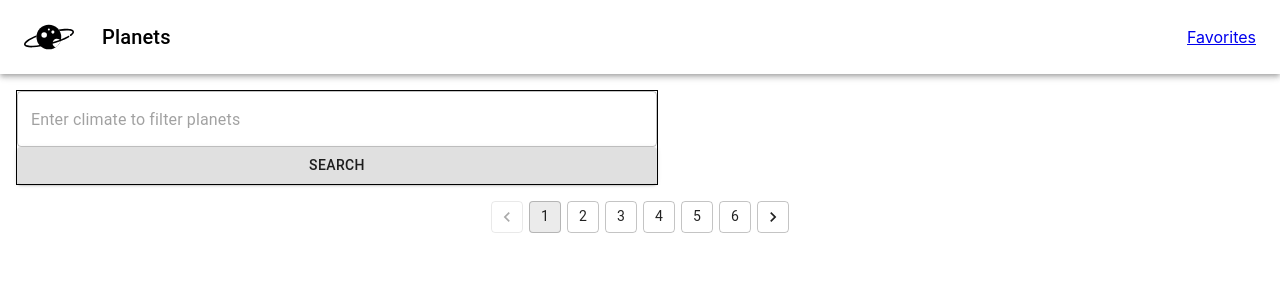
Repository: samridhie01/assignment
Page: /
The author's editor kept a copy of each file at every save. The page is drawn from the files as they stood at one save, then again after the next save.
The browser window is 1280 px wide. The pictures show the whole page.
The page's requests for data from a server got no answer. The project was rebuilt for these pictures with package versions that can differ from the ones it lists, and the page was loaded fresh each time. A package was used in the major version that the imports need, not the one package.json lists. No one was signed in, and anything a server would have sent is missing. Also part of the build but not shown: src/components/planets/PlanetTile.tsx, src/components/planets/Planets.tsx, src/components/details/SpecificPlanetRetrievalService.ts, src/components/details/Details.tsx, src/components/favorites/Favorites.tsx.

Above is the page before, as saved 2020-08-21 18:52:21.

### src/index.tsx
import React from 'react';
import ReactDOM from 'react-dom';
import './index.css';
import App from './components/app/App';
import * as serviceWorker from './serviceWorker';
import { BrowserRouter } from 'react-router-dom';
import { Provider } from 'react-redux';
import rootReducer from './reducers';
import { createStore } from 'redux';
import store from "../src/store/index"
import { addPlanetData } from './actions';



ReactDOM.render(
  <React.StrictMode>

    <BrowserRouter>
    <Provider store={store}>
    <App />
    </Provider>
    </BrowserRouter>

  </React.StrictMode>,
  document.getElementById('root')
);

// If you want your app to work offline and load faster, you can change
// unregister() to register() below. Note this comes with some pitfalls.
// Learn more about service workers: https://bit.ly/CRA-PWA
serviceWorker.unregister();

### src/components/app/App.tsx
import React, { useEffect, useState } from "react";
import { Route, Switch } from "react-router-dom";
import HomePage from "../homePage/HomePage";
import Details from "../details/Details";
import Favorites from "../favorites/Favorites";
import { PlanetData } from "../module/types";

const App = () => {
  const [favs, setFavs] = useState<PlanetData[]>([]);

  const addToFavs = (data: any) => {
    if(favs.includes(data)){
      return;
    }
      let newArr = [...favs, data];
      setFavs(newArr);
  };

  return (
    <main>
      <Switch>
        <Route
          exact
          path="/"
          render={() => <HomePage handleAddToFavs={addToFavs} />}
        />
        <Route path="/details" component={Details} />
        <Route path="/favs" render={() => <Favorites listOfFavs={favs} />} />
      </Switch>
    </main>
  );
};
export default App;

### src/store/index.ts
import {createStore} from 'redux';
import rootReducer from '../reducers/index';

const store = createStore(rootReducer);

export default store;

### src/components/homePage/HomePage.tsx
import React, { useEffect, useState, ChangeEvent } from "react";
import { useStyles } from "./HomePageStyle";
import Header from "../header/Header";
import Planets from "../planets/Planets";
import SearchBox from "../searchBox/SearchBox";
import { getPlanetData, getPlanetDataPage } from "./PlanetRetrievalService";
import Pagination from "@material-ui/lab/Pagination";
import { PlanetData } from "../module/types";

interface PlanetOverview {
  handleAddToFavs: (element: any) => void;
}

const HomePage: React.FC<PlanetOverview> = ({ handleAddToFavs }) => {
  const [planetData, setPlanetData] = useState<PlanetData[]>([]);

  const handleNewPage = (page: number) => {
    getPlanetDataPage(page).then(res => {
      setPlanetData(res.data.results);
    });
  };

  const fetchData = () => {
    getPlanetData().then(res => {
      setPlanetData(res.data.results);
      localStorage.setItem("planetData", res.data.results);
    });
  };

  useEffect(() => {
    fetchData();
  }, []);

  const handlePageChange = (event: ChangeEvent<unknown>, value: number) => {
    handleNewPage(value);
  };

  const updatePlanetSearchResult = (key: string | null) => {

    if (key == "") {
      fetchData();
      return;
    }
    const newData = planetData.filter(data => {
      if (
        key == null ||
        data.climate.toLowerCase().includes(key.toLowerCase())
      ) {
        return data;
      }
    });
    setPlanetData(newData);
  };

  const classes = useStyles();
  if (localStorage.getItem("planetData") != null) {
  }

  return (
    <>
      <Header path="/favs" linkName={"Favorites"} />
      <div >
        <div>
        <SearchBox  handleSearch={updatePlanetSearchResult} />
        </div>
        <div >
          {planetData &&
            planetData.map((element: PlanetData, index: number) => {
              return (
                <Planets
                  data={element}
                  onSaveClick={() => {
                    handleAddToFavs(element);
                  }}

                />
              );
            })}
        </div>
      </div>

      <Pagination
        count={6}
        defaultPage={1}
        variant="outlined"
        shape="rounded"
        className={classes.indexing}
        onChange={handlePageChange}
      />
    </>
  );
};
export default HomePage;

### src/reducers/index.ts
import { ADD_PLANETDATA } from '../constants/action-types';
import { PlanetActionTypes, Planet, PlanetState } from '../store/types';

const initialState: PlanetState = {
    planetData: []
};

function rootReducer(state=initialState, action:PlanetActionTypes):PlanetState{
    if(action.type == ADD_PLANETDATA){
        return{
            planetData: [...state.planetData, action.payload]
        }
    }
    return state;
}

export default rootReducer;

### src/components/homePage/HomePageStyle.ts
import { makeStyles, createStyles, Theme } from "@material-ui/core/styles";

export const useStyles = makeStyles((theme: Theme) =>
  createStyles({
    flexContainer: {
      display: "inline-flex",
      flex: "1 0 50%",
      textAlign: "center",
      padding: "10px",
      overflow: "hidden"
    },
    item: {
      alignSelf: "flex-end",
    },
    stopShrink: {
      alignSelf: "flex-start"
    },
    indexing: {
      display: "flex",
      justifyContent: "center"
    },
    title: {
      flexGrow: 1
    }
  })
);

### src/components/header/Header.tsx
import React from "react";
import AppBar from "@material-ui/core/AppBar";
import {Toolbar, makeStyles, createStyles, IconButton, Button,Theme} from "@material-ui/core";
import {ReactComponent as PlanetIcon} from "../../assets/planet.svg";
import Typography from "@material-ui/core/Typography";
import { Link } from "react-router-dom";

const useStyles = makeStyles((theme: Theme) =>
  createStyles({
    root: {
      flexGrow: 1,
    },
    menuButton: {
      marginRight: theme.spacing(2),
    },
    title: {
      flexGrow: 1,
    },
    logo: {
       width: 50,
       height: 50
      },
  }),
);

interface HeaderProps{
  path: string,
  linkName: string
}

const Header:React.FC<HeaderProps> = ({
  path,
  linkName
})=>{
    const classes=useStyles();
return(
<AppBar color="inherit"  position="static">
    <Toolbar>
        <IconButton edge="start" className={classes.menuButton} color="inherit" aria-label="menu">
        <PlanetIcon className={classes.logo}/>
        </IconButton>
        <Typography variant="h6" className={classes.title}>
            Planets
        </Typography>
         <Link to={{pathname: `${path}`}} color="inherit">{linkName}</Link>
        {/* <Link to={{pathname: `${path}`}} color="inherit">{linkName}</Link> */}
    </Toolbar>
</AppBar>
)


}

export default Header;

### src/components/searchBox/SearchBox.tsx
import React, { useState, useEffect } from "react";
import {
  Button,
  Box,
  TextField,
  Theme,
  makeStyles,
  createStyles
} from "@material-ui/core";

const useStyles = makeStyles((theme: Theme) =>
  createStyles({
    dotted: {
      display: "flex",
      flexDirection: "column",
      width: "200%"
    },

  })
);

interface Search {
  handleSearch: (key: string|null) => void;
}

const SearchBox: React.FC<Search> = ({ handleSearch }) => {
  const [searchItem, setSearchItem] = useState<string|null>("");
  const handleSearchChange = (event: any) => {
    setSearchItem(event.target.value);

  };

  const classes = useStyles();
  return (
    <>
      <Box
        height="250%"
        border={1}
        m={2}
        display="inline-flex"
        flexDirection="column"
        width="50%"
      >
        <TextField
          variant="outlined"
          onChange={handleSearchChange}
          placeholder="Enter climate to filter planets"
          fullWidth={false}
        />
        <Button
          variant="contained"
          onClick={() => {
            handleSearch(searchItem);
          }}
          fullWidth={false}
        >
          Search
        </Button>
      </Box>
    </>
  );
};

export default SearchBox;

### src/components/homePage/PlanetRetrievalService.ts
import axios from "axios";

const currentVersion = "2";
let data = localStorage.getItem("data");
let version = localStorage.getItem("version");

export const getPlanetData = async () => {
  const res = await axios({
    method: "GET",
    url: `https://swapi.dev/api/planets`
  });
  return res;
};

export const getPlanetDataPage = async (page: number) => {
  const res = await axios({
    method: "GET",
    url: `http://swapi.dev/api/planets/?page=${page}`
  });
  return res;
};

### src/constants/action-types.ts
export const ADD_PLANETDATA="ADD_PLANETDATA"

Loaded but not shown: public/index.html (common file); src/index.css (common file); src/serviceWorker.ts (common file)

After the next save:
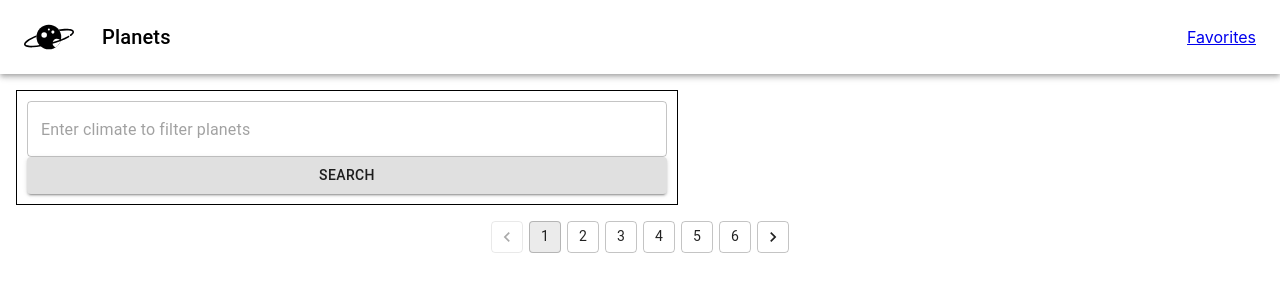
Saved 59 s later.
--- a/src/components/searchBox/SearchBox.tsx
+++ b/src/components/searchBox/SearchBox.tsx
@@ -40,6 +40,7 @@ const SearchBox: React.FC<Search> = ({ handleSearch }) => {
         display="inline-flex"
         flexDirection="column"
         width="50%"
+        padding="10px"
       >
         <TextField
           variant="outlined"
